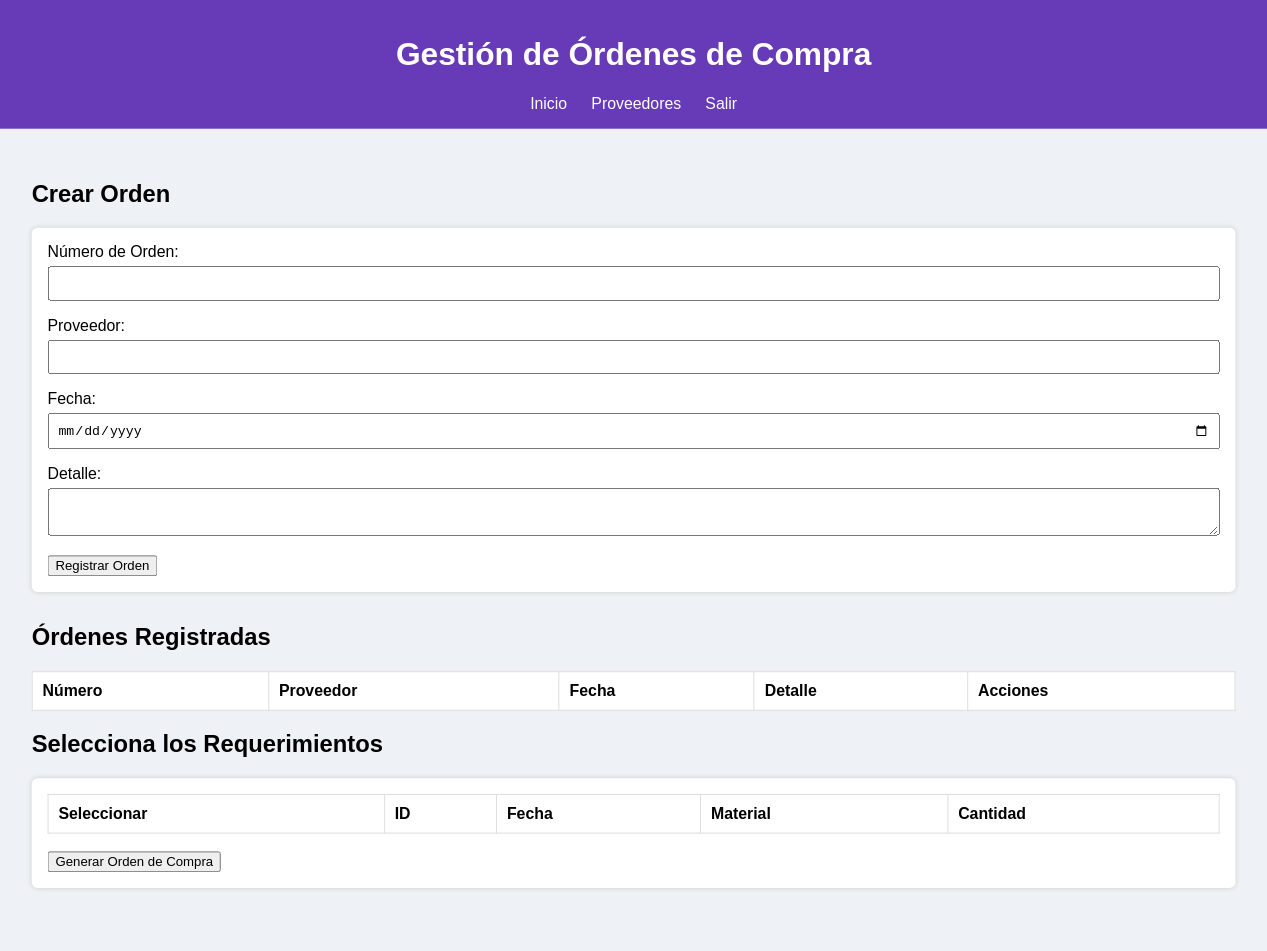
Repository: djkeviin/Mi-primera-chamba
Page: views/ordenes.html
The author's editor kept a copy of each file at every save. The page is drawn from the files as they stood at one save, then again after the next save.
The browser window is 1280 px wide. The pictures show the whole page, at 99% of full size.

Above is the page before, as saved 2025-05-01 23:13:44.

After the next save:
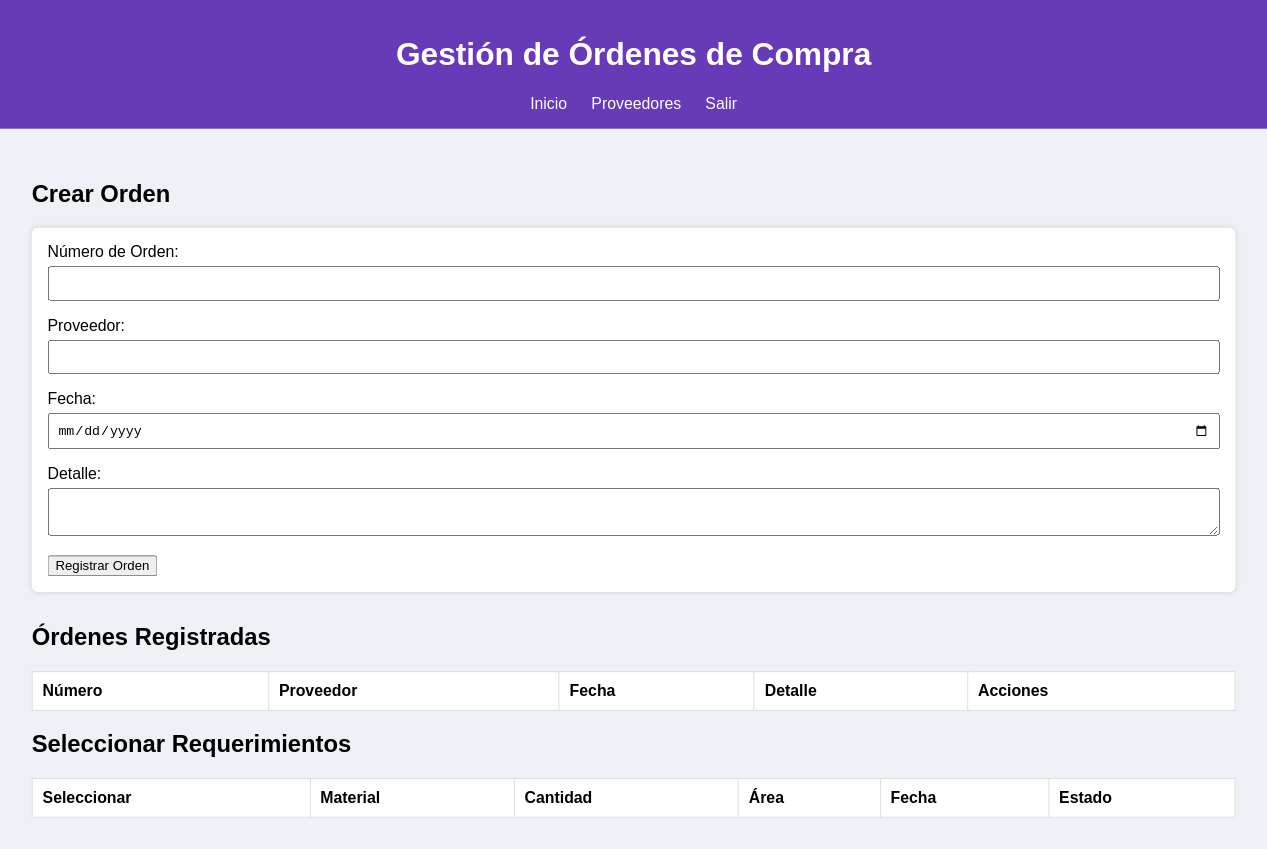
Saved 2 min 11 s later.
--- a/views/ordenes.html
+++ b/views/ordenes.html
@@ -53,23 +53,22 @@
       </table>
     </section>
 
-    <h2>Selecciona los Requerimientos</h2>
-<form id="formOrdenCompra">
-  <table border="1">
-    <thead>
-      <tr>
-        <th>Seleccionar</th>
-        <th>ID</th>
-        <th>Fecha</th>
-        <th>Material</th>
-        <th>Cantidad</th>
-      </tr>
-    </thead>
-    <tbody id="tablaRequerimientos"></tbody>
-  </table>
-  <br>
-  <button type="submit">Generar Orden de Compra</button>
-</form>
+    <h2>Seleccionar Requerimientos</h2>
+<table>
+  <thead>
+    <tr>
+      <th>Seleccionar</th>
+      <th>Material</th>
+      <th>Cantidad</th>
+      <th>Área</th>
+      <th>Fecha</th>
+      <th>Estado</th>
+    </tr>
+  </thead>
+  <tbody id="tablaRequerimientos">
+    <!-- Requerimientos cargados desde localStorage -->
+  </tbody>
+</table>
   </main>
 
   <script src="../js/ordenes.js"></script>
